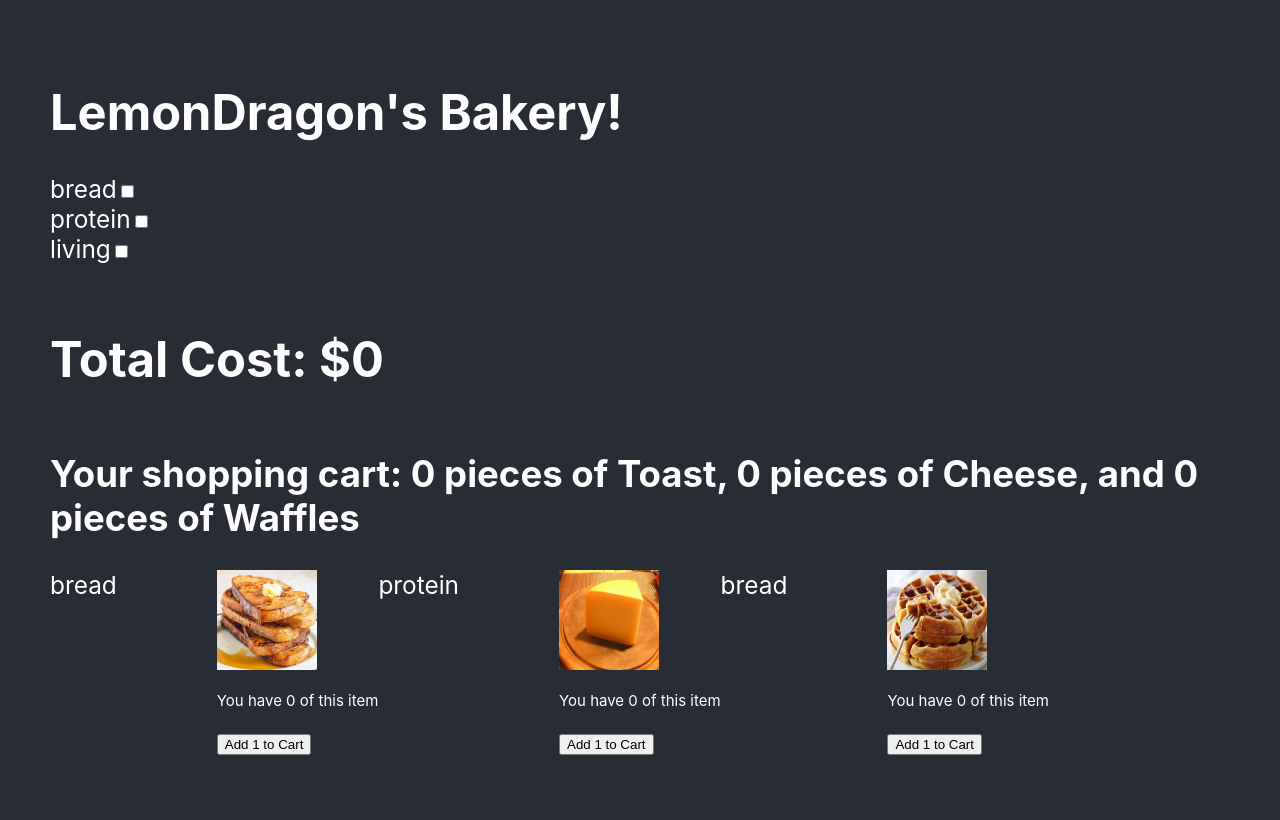
Repository: happydragon200/development
Page: /
An editor plug-in stored every save of this project. The page is shown before and after a run of saves, followed by the edit.
The browser window is 1280 px wide. The pictures show the whole page.
The project was rebuilt for these pictures with package versions that can differ from the ones it lists, and the page was loaded fresh each time.

Above is the page before, as saved 2022-12-02 02:42:24.

After the next 2 saves:
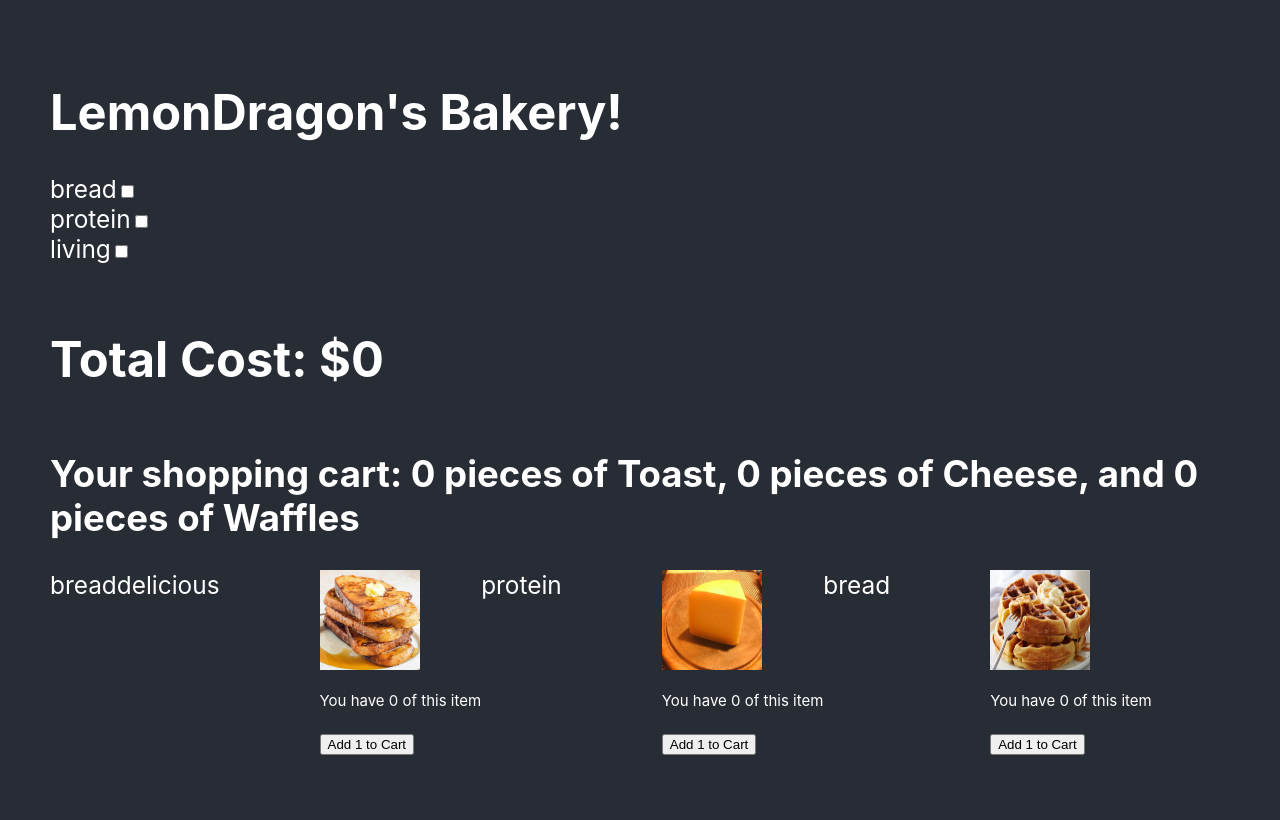
The 2 saves are shown as one change because they came seconds apart.
The last was saved 10 min 7 s later.
--- a/src/App.js
+++ b/src/App.js
@@ -115,7 +115,7 @@ function Menu() {
   //   return value
   // })
 
-  const toast_comp = [['bread'], BakeryItem(toast, toast_count, toast_setcount)]
+  const toast_comp = [['bread', 'delicious'], BakeryItem(toast, toast_count, toast_setcount)]
   const cheese_comp = [
     ['protein'],
     BakeryItem(cheese, cheese_count, cheese_setcount),
